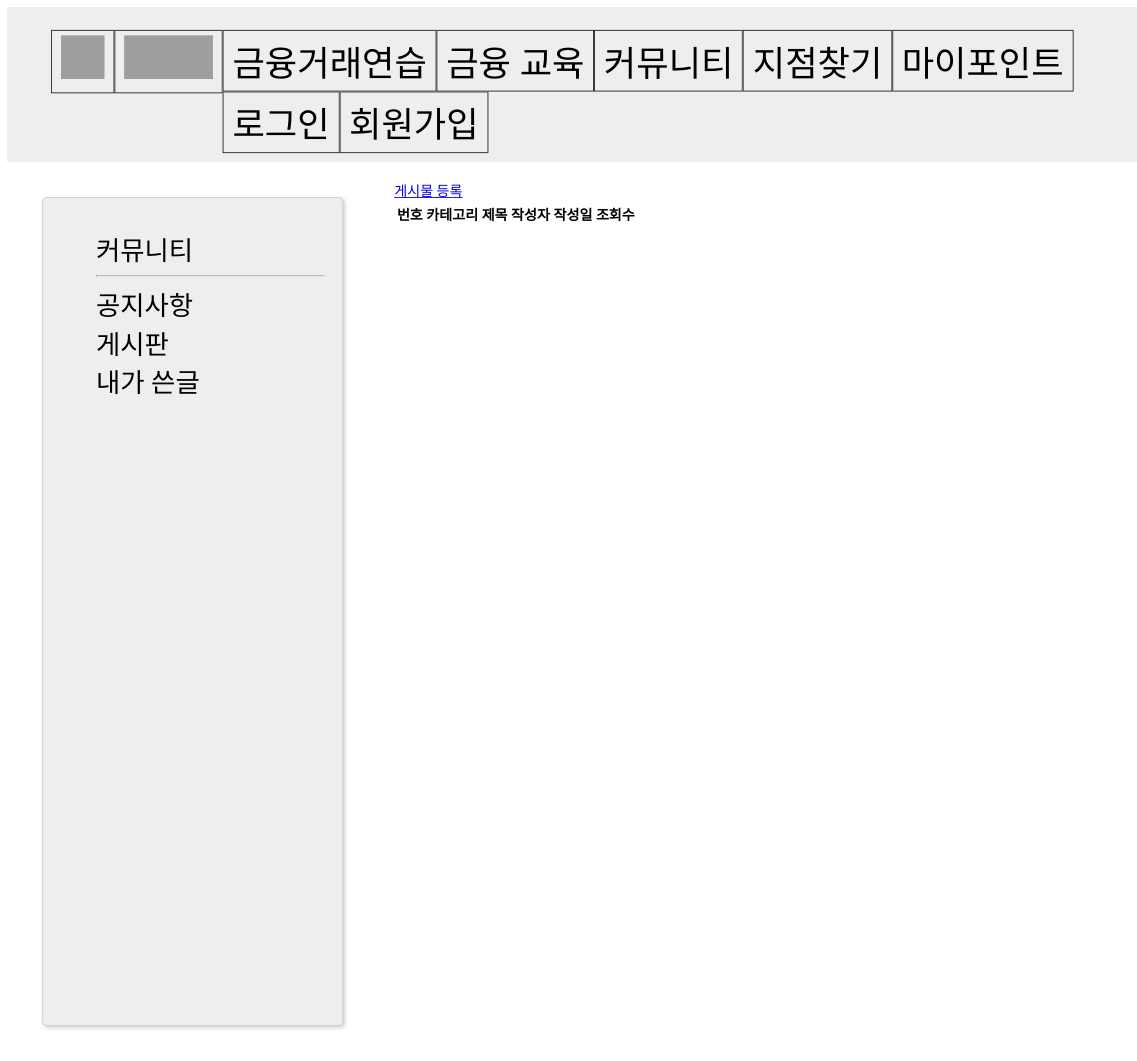
Repository: syc98syc/KB04_TeamProject
Page: http://localhost/jgig/WEB-INF/jsp/board/list.jsp
The author's editor kept a copy of each file at every save. The page is drawn from the files as they stood at one save, then again after the next save.
The browser window is 1280 px wide. The page is 1292 px wide, so the pictures cover 1292 px, including what lies to the right of the window. The pictures show the whole page, at 88% of full size.
Pictures or frames that could not be fetched are drawn as grey boxes. The page is served by Tomcat 9. Nobody is signed in. The template is opened directly, without the code that normally fills it, so the values that code supplies are empty.

Above is the page before, as saved 2023-09-06 05:26:59.

After the next save:
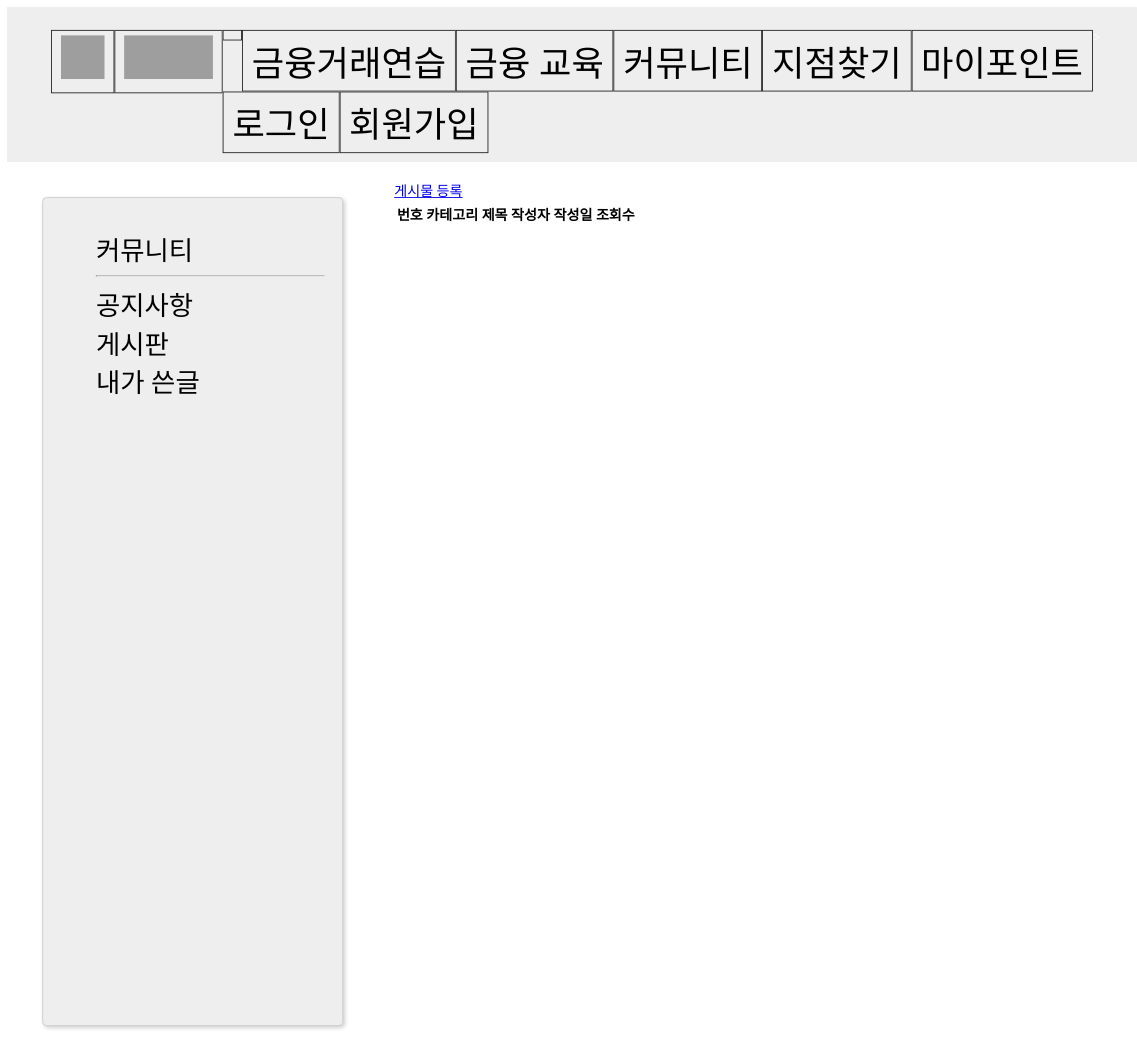
Saved 43 s later.
--- a/jgig/src/main/webapp/WEB-INF/jsp/include/top_navbar.jsp
+++ b/jgig/src/main/webapp/WEB-INF/jsp/include/top_navbar.jsp
@@ -51,6 +51,7 @@
 				<ul>
 					<li><img id="img1" src="resources/img/KB.png"></li>
 					<li><img id="img2" src="resources/img/지금입금.png"></li>
+					<li>   </li>>
 					<li class="menu1"><a href="#">금융거래연습</a></li>
 					<li class="menu2"><a href="#">금융 교육</a></li>
 					<li class="menu3"><a href="#">커뮤니티</a></li>

After the save that followed:
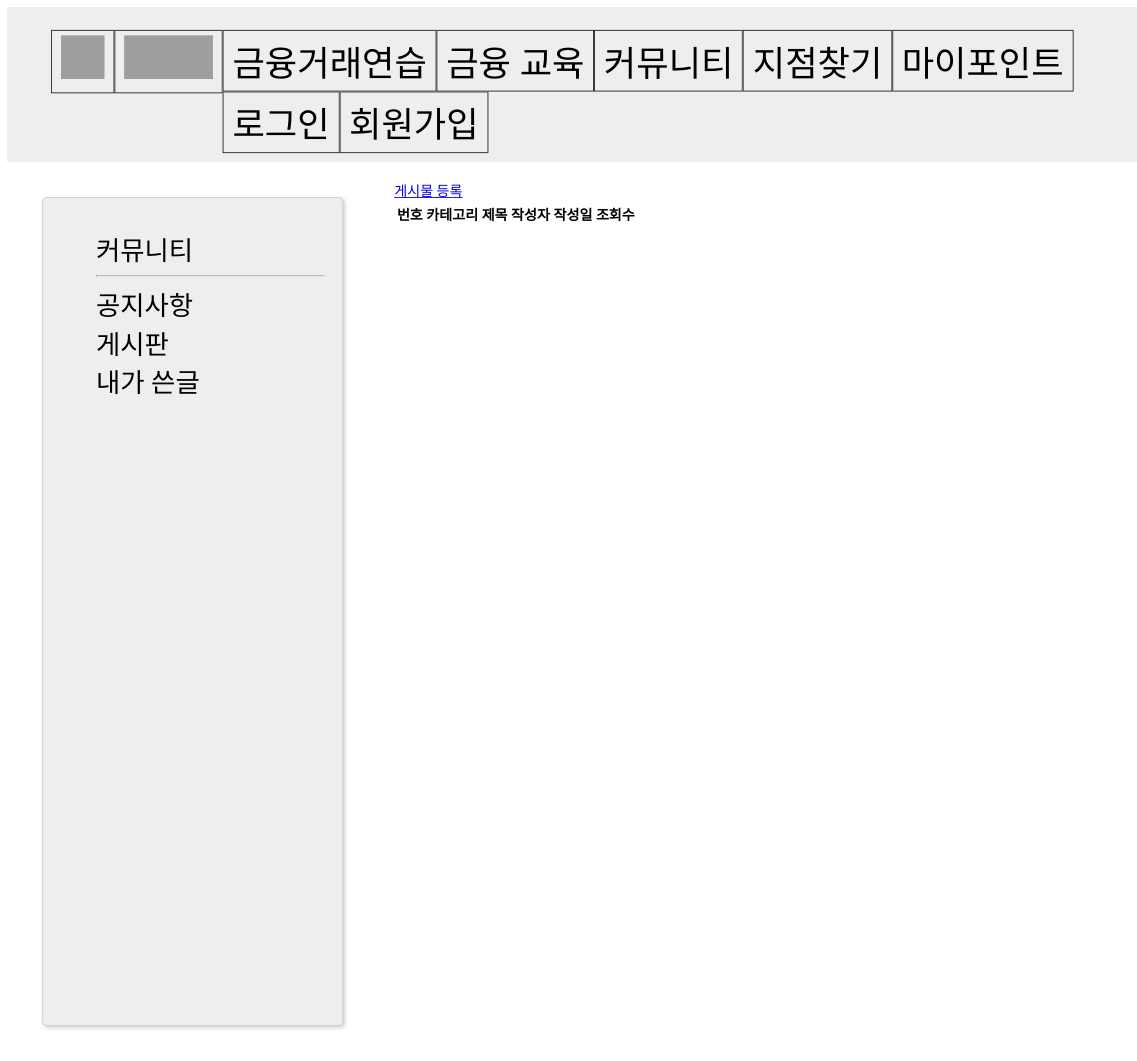
Saved 36 s later.
--- a/jgig/src/main/webapp/WEB-INF/jsp/include/top_navbar.jsp
+++ b/jgig/src/main/webapp/WEB-INF/jsp/include/top_navbar.jsp
@@ -51,7 +51,6 @@
 				<ul>
 					<li><img id="img1" src="resources/img/KB.png"></li>
 					<li><img id="img2" src="resources/img/지금입금.png"></li>
-					<li>   </li>>
 					<li class="menu1"><a href="#">금융거래연습</a></li>
 					<li class="menu2"><a href="#">금융 교육</a></li>
 					<li class="menu3"><a href="#">커뮤니티</a></li>
